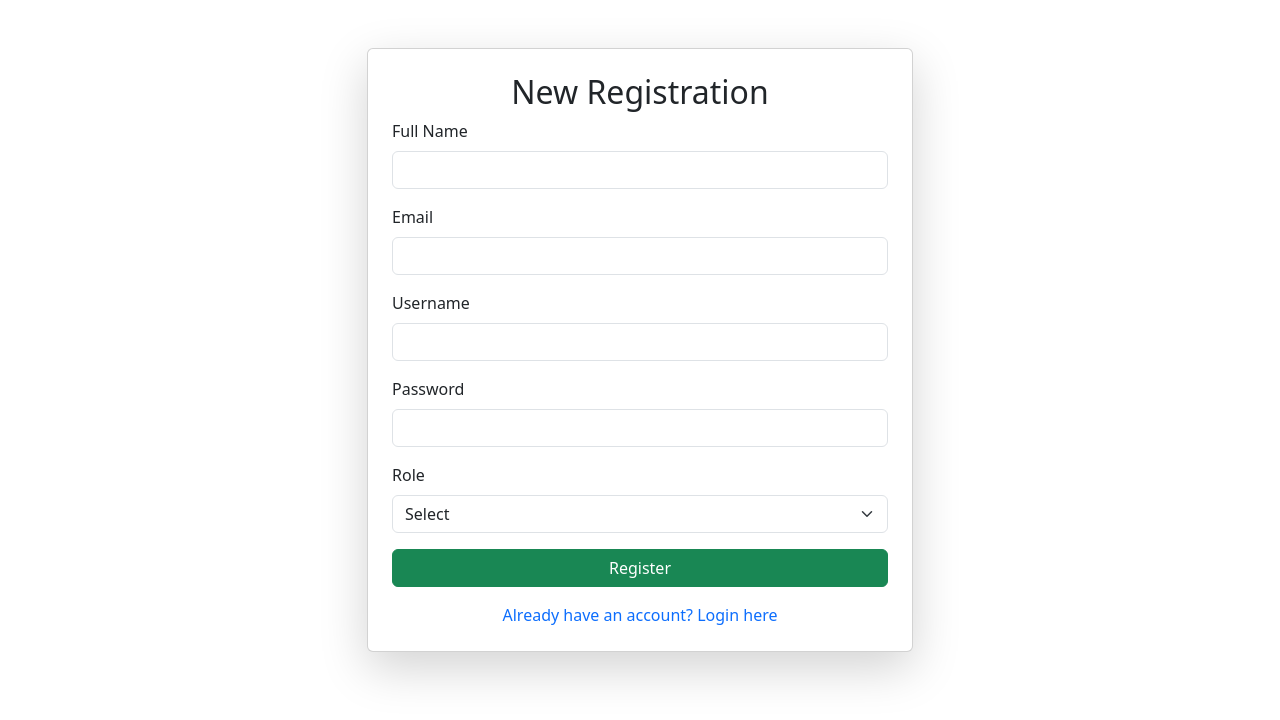
Repository: viraj2623/My_projects
Page: loginandregpr/src/main/webapp/Registration.html
The author's editor kept a copy of each file at every save. The page is drawn from the files as they stood at one save, then again after the next save.
The browser window is 1280 px wide. The pictures show the whole page.

Above is the page before, as saved 2025-03-05 08:05:04.

### loginandregpr/src/main/webapp/Registration.html
<!DOCTYPE html>
<html lang="en">
<head>
    <meta charset="UTF-8">
    <meta name="viewport" content="width=device-width, initial-scale=1.0">
    <title>New Registration</title>
    <link rel="stylesheet" href="https://cdnjs.cloudflare.com/ajax/libs/bootstrap/5.3.0/css/bootstrap.min.css">
</head>
<body>
    <div class="container mt-5">
        <div class="row justify-content-center">
            <div class="col-md-6">
                <div class="card shadow-lg p-4">
                    <h2 class="text-center">New Registration</h2>
                    <form action="Regandloginsrv" method="post">
                        <input type="hidden" name="movement" value="register">
                        <div class="mb-3">
                            <label for="name" class="form-label">Full Name</label>
                            <input type="text" id="name" name="name" class="form-control" required>
                        </div>
                        <div class="mb-3">
                            <label for="email" class="form-label">Email</label>
                            <input type="email" id="email" name="email" class="form-control" required>
                        </div>
                        <div class="mb-3">
                            <label for="username" class="form-label">Username</label>
                            <input type="text" id="username" name="username" class="form-control" required>
                        </div>
                        <div class="mb-3">
                            <label for="password" class="form-label">Password</label>
                            <input type="password" id="password" name="password" class="form-control" required>
                        </div>
                        <div class="mb-3">
                            <label for="role" class="form-label">Role</label>
                            <select id="role" name="role" class="form-select" required>
                                <option value="" disabled selected>Select</option>
                                <option value="STUDENT">Student</option>
                                <option value="ADMIN">Admin</option>
                            </select>
                        </div>
                        <div class="d-grid">
                            <button type="submit" class="btn btn-success">Register</button>
                        </div>
                    </form>
                    <div class="text-center mt-3">
                        <a href="login.html" class="text-decoration-none">Already have an account? Login here</a>
                    </div>
                </div>
            </div>
        </div>
    </div>
    <script src="https://cdnjs.cloudflare.com/ajax/libs/bootstrap/5.3.0/js/bootstrap.bundle.min.js"></script>
</body>
</html>

After the next save:
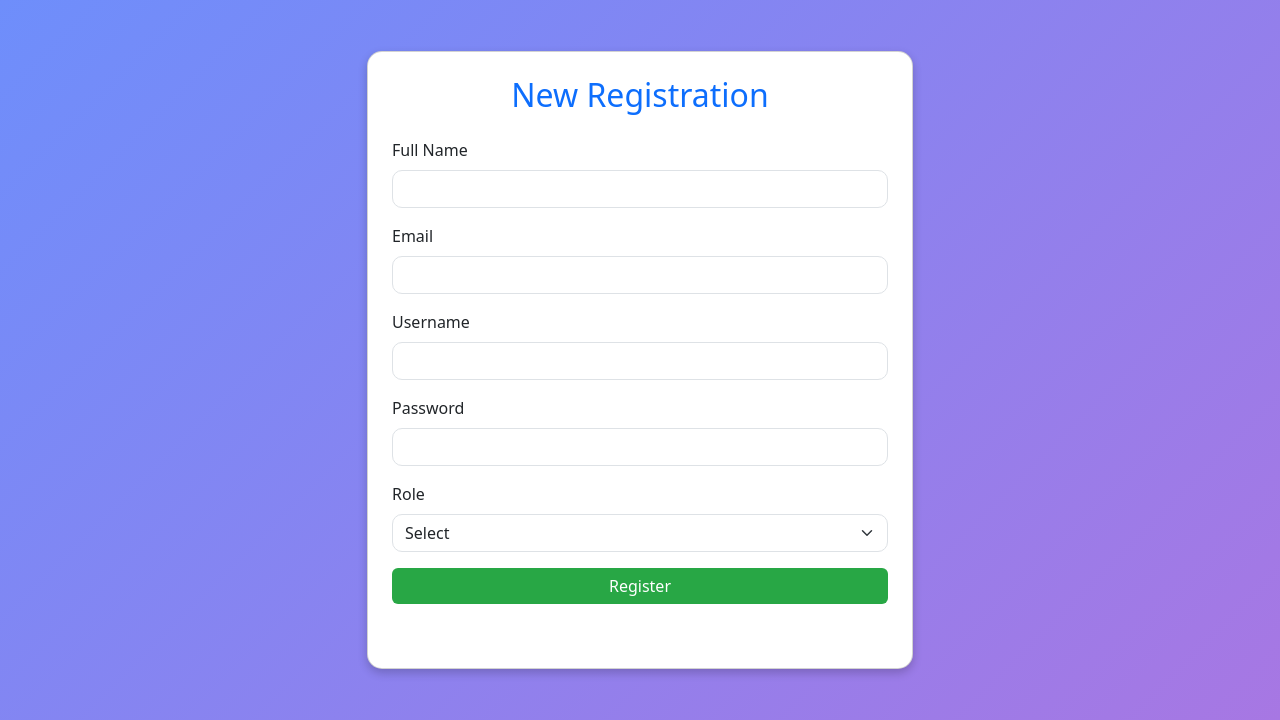
Saved 44 min 0 s later.
--- a/loginandregpr/src/main/webapp/Registration.html
+++ b/loginandregpr/src/main/webapp/Registration.html
@@ -5,13 +5,41 @@
     <meta name="viewport" content="width=device-width, initial-scale=1.0">
     <title>New Registration</title>
     <link rel="stylesheet" href="https://cdnjs.cloudflare.com/ajax/libs/bootstrap/5.3.0/css/bootstrap.min.css">
+    <style>
+        body {
+            background: linear-gradient(135deg, #6e8efb, #a777e3);
+            height: 100vh;
+            display: flex;
+            align-items: center;
+            justify-content: center;
+        }
+        .card {
+            border-radius: 15px;
+            box-shadow: 0px 4px 10px rgba(0, 0, 0, 0.2);
+        }
+        .btn-success {
+            background: #28a745;
+            border: none;
+            transition: 0.3s;
+        }
+        .btn-success:hover {
+            background: #218838;
+        }
+        .form-control, .form-select {
+            border-radius: 10px;
+        }
+        .text-center a {
+            color: #fff;
+            font-weight: bold;
+        }
+    </style>
 </head>
 <body>
-    <div class="container mt-5">
+    <div class="container">
         <div class="row justify-content-center">
             <div class="col-md-6">
-                <div class="card shadow-lg p-4">
-                    <h2 class="text-center">New Registration</h2>
+                <div class="card p-4 bg-white">
+                    <h2 class="text-center mb-4 text-primary">New Registration</h2>
                     <form action="Regandloginsrv" method="post">
                         <input type="hidden" name="movement" value="register">
                         <div class="mb-3">
